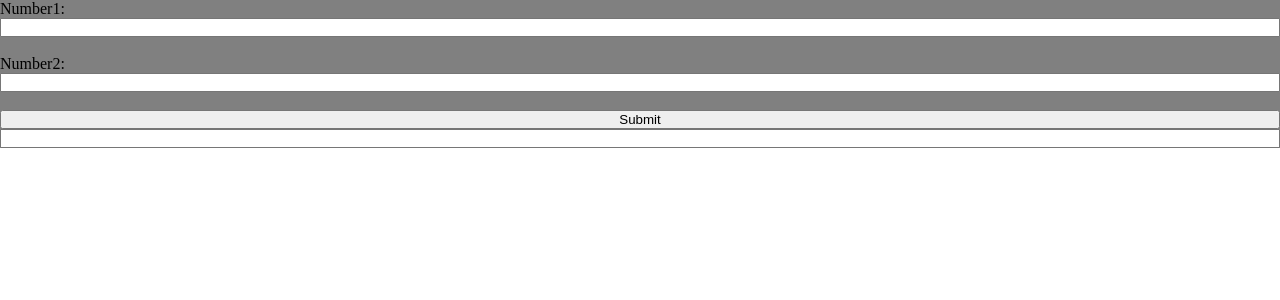
Repository: Nanda-Hari-Reddy/YouTube-Clone
Page: http://localhost/Demo/
The author's editor kept a copy of each file at every save. The page is drawn from the files as they stood at one save, then again after the next save.
The browser window is 1280 px wide. The pictures show the whole page.
The page is served by Tomcat 9. Other server files are loaded and not shown.

Above is the page before, as saved 2023-11-01 05:28:33.

### MDB-Free_4.20.0/SERVELETS/Demo/src/main/webapp/index.jsp
<html>
<head>
	<style>
		*
		{
			margin: 0px;
			box-sizing: border-box;
			padding: 0px;
		}
			div
			{
				background-color:grey;
				margin-bottom: 10px;
				display: flex;
				flex-direction:column;
				place-content:center;
			}
	</style>
<body>

	<form action="add">
	<div>
		Number1: <input type="text" name="one"><br>
		Number2: <input type="text" name="two"><br>
		<input type="submit">
		<input type="text" name="result">
		</div>
	</form>

</body>
</head>
</html>

After the next save:
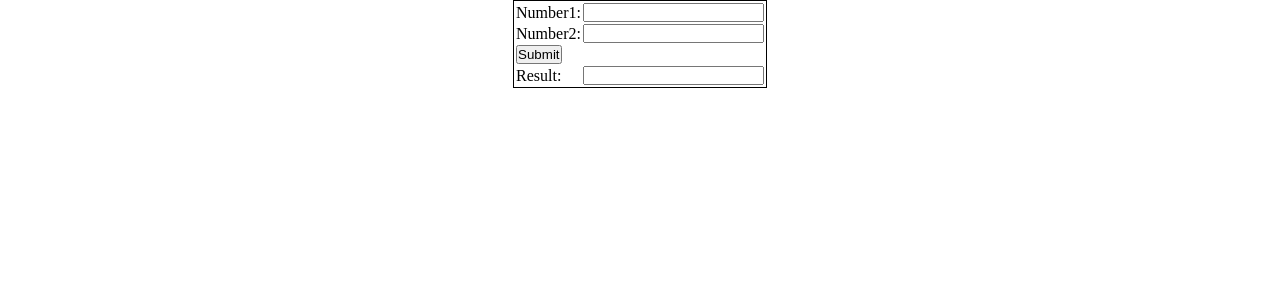
Saved 7 min 46 s later.
--- a/MDB-Free_4.20.0/SERVELETS/Demo/src/main/webapp/index.jsp
+++ b/MDB-Free_4.20.0/SERVELETS/Demo/src/main/webapp/index.jsp
@@ -7,26 +7,33 @@
 			box-sizing: border-box;
 			padding: 0px;
 		}
-			div
-			{
-				background-color:grey;
-				margin-bottom: 10px;
-				display: flex;
-				flex-direction:column;
-				place-content:center;
-			}
+		table
+		{
+			margin-inline:auto;
+			border:1px solid black;
+		}
 	</style>
 <body>
 
 	<form action="add">
-	<div>
-		Number1: <input type="text" name="one"><br>
-		Number2: <input type="text" name="two"><br>
-		<input type="submit">
-		<input type="text" name="result">
-		</div>
+		<table>
+		<tr>
+			<td>Number1:</td>
+			<td><input type="text" name="one"></td>
+		</tr>
+		<tr>
+			<td>Number2:</td>
+			<td><input type="text" name="two"></td>
+		</tr>
+		<tr>
+			<td colspan="2"><input type="submit"></td>
+		</tr>
+		<tr>
+			<td>Result:</td>
+			<td><input type="text" name="result"></td>
+		</tr>
+		</table>
 	</form>
-
 </body>
 </head>
 </html>
